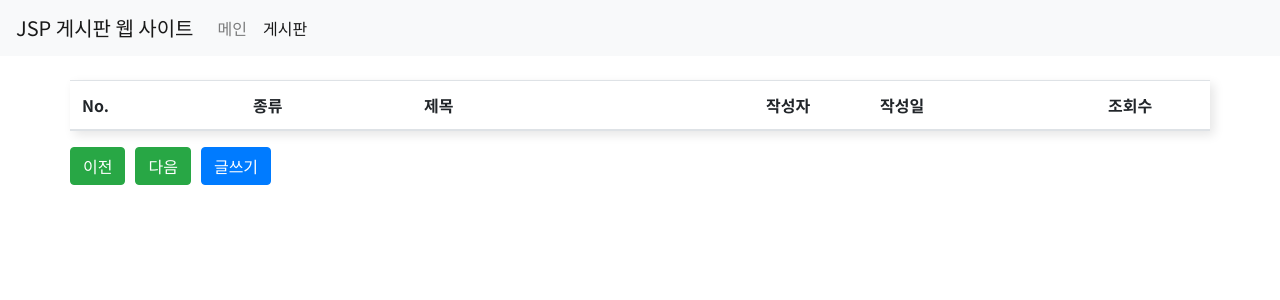
Repository: hz6450/2024-summer-jsp-notice-project
Page: http://localhost/BBS/BBS.jsp?pageNumber=0
These files come from the project's save history. The page is drawn as it stood at one moment and after the next save; the edit follows.
The browser window is 1280 px wide. The pictures show the whole page.
Some web fonts or font styles are not loaded; a fallback is used. Some web libraries are served in a nearby version. The page is served by Tomcat 10. Queries for data that is not in the repository find no rows.

Above is the page before, as saved 2024-07-16 04:26:58.

After the next save:
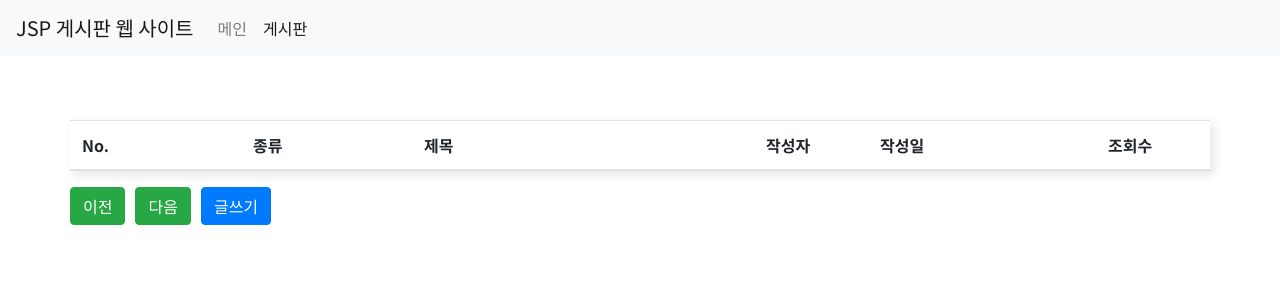
Saved 44 s later.
--- a/projects/BBS/src/main/webapp/BBS.jsp
+++ b/projects/BBS/src/main/webapp/BBS.jsp
@@ -62,6 +62,15 @@
 		</div>
 	</nav>
 
+	<div>
+	<button class="navbar-toggler" type="button" data-toggle="collapse"
+			data-target="#bs-example-navbar-collapse-1"
+			aria-controls="bs-example-navbar-collapse-1" aria-expanded="false"
+			aria-label="Toggle navigation">
+			<span class="navbar-toggler-icon"></span>
+		</button>
+	</div>
+
 	<div class="container mt-4">
 		<div class="row">
 			<table class="table table-striped" id="bbs-table">
